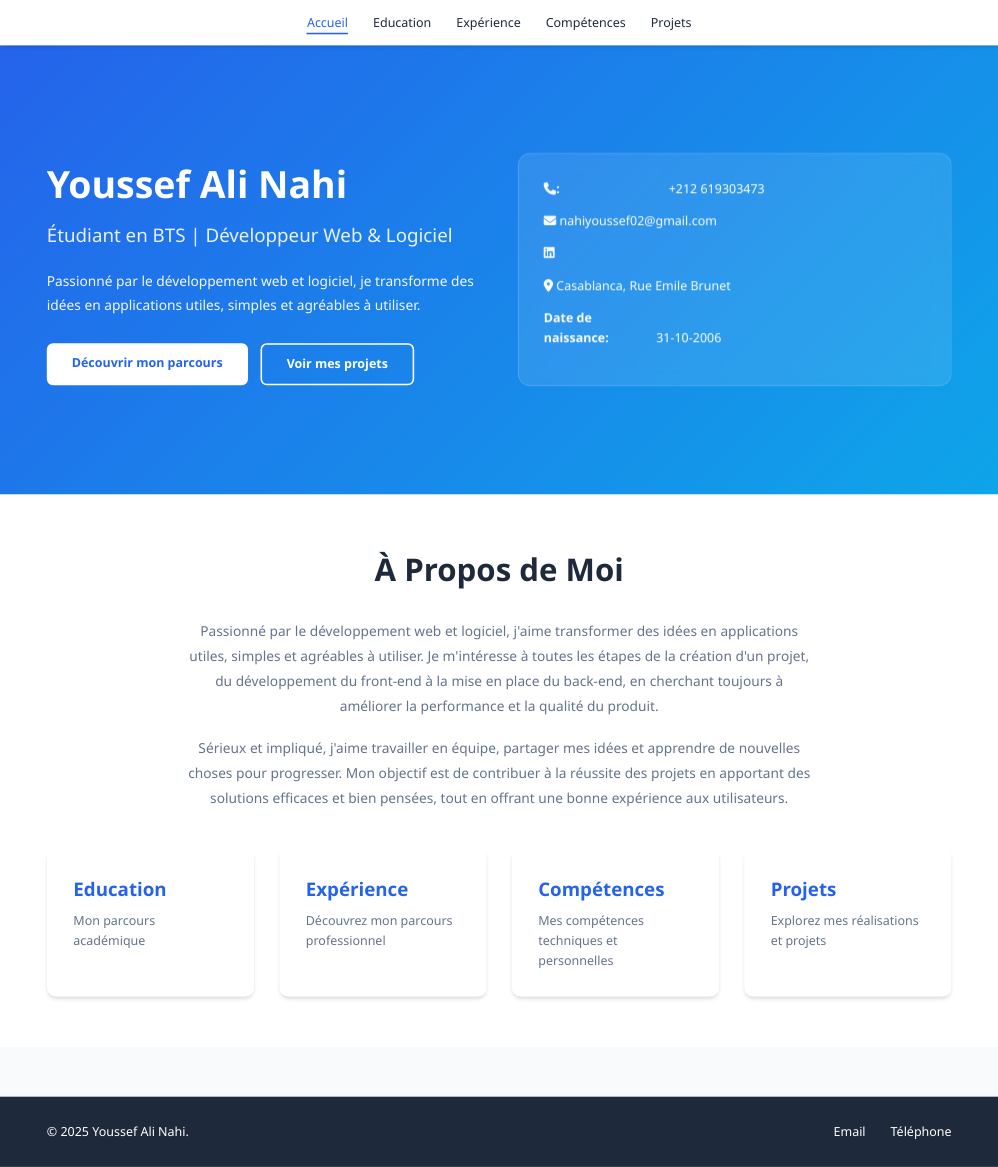
Repository: Youssef-Nahi504/My_Portfolio
Page: index.html
These files come from the project's save history. The page is drawn as it stood at one moment and after the next save; the edit follows.
The browser window is 1280 px wide. The pictures show the whole page, at 78% of full size.

Above is the page before, as saved 2025-12-21 13:25:58.

After the next save:
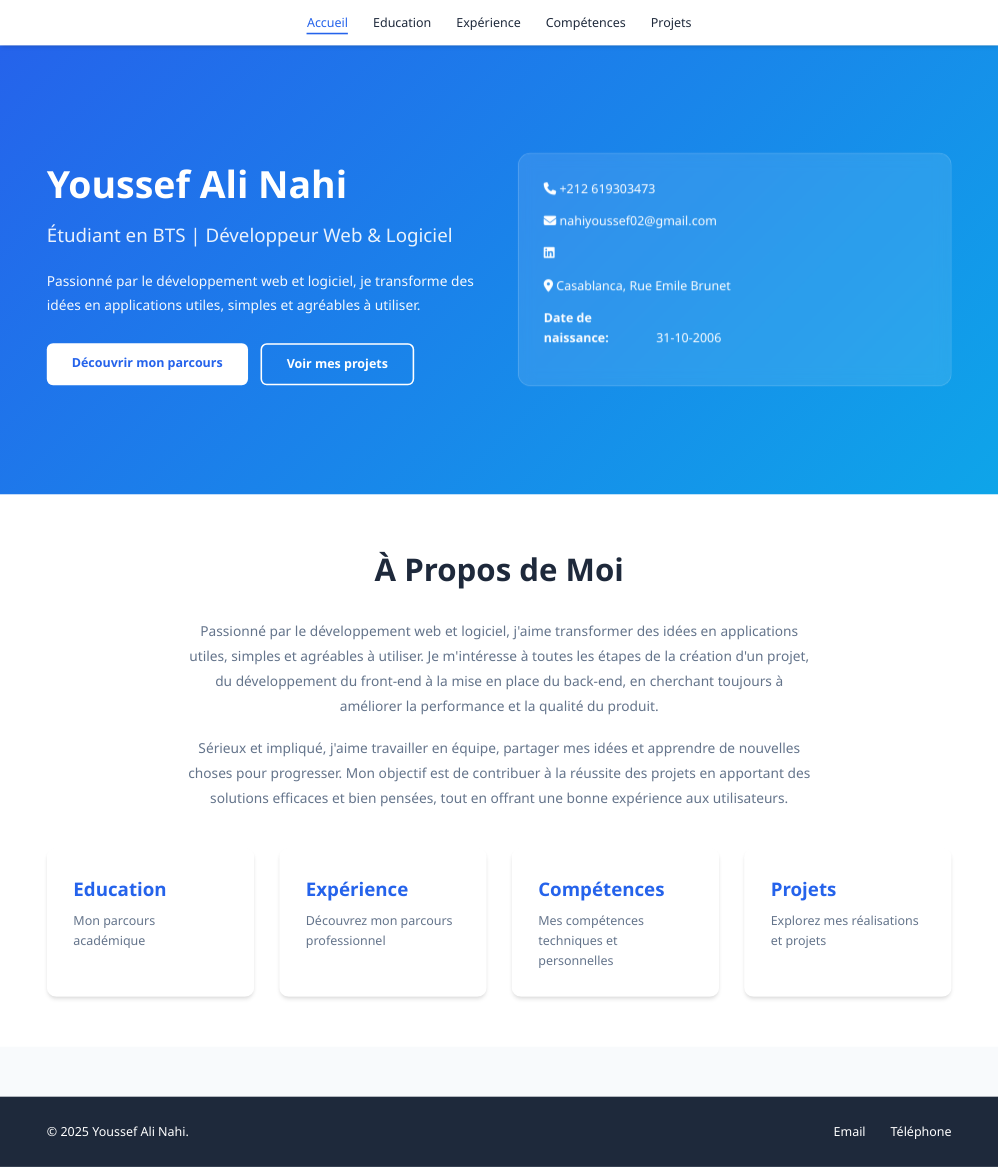
Saved 11 s later.
--- a/index.html
+++ b/index.html
@@ -39,7 +39,7 @@
                     <div class="profile-card">
                         <div class="profile-info">
 
-                            <p><i class="fa-solid fa-phone"></i><Strong>: </Strong> +212 619303473</p>
+                            <p><i class="fa-solid fa-phone"></i> +212 619303473</p>
                             <p> <i class="fa-solid fa-envelope"></i> nahiyoussef02@gmail.com</p>
                             <p><i class="fa-brands fa-linkedin"></i></p>
                             <p><i class="fa-solid fa-location-dot"></i> Casablanca, Rue Emile Brunet</p>
